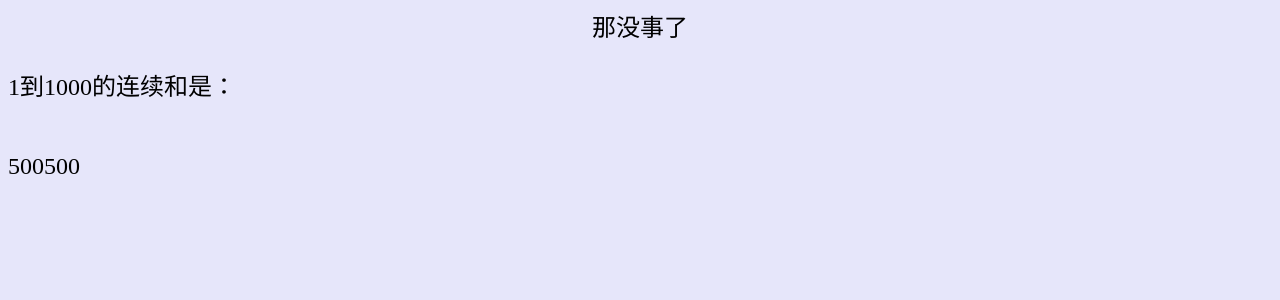
Repository: 871049921/MyCode
Page: http://localhost/Web-Test001/
These files come from the project's save history. The page is drawn as it stood at one moment and after the next save; the edit follows.
The browser window is 1280 px wide. The pictures show the whole page.
The page is served by Tomcat 9.

Above is the page before, as saved 2019-04-25 13:22:44.

### eclipse web-work/Web-Test001/WebContent/index.jsp
<%@ page language="java" contentType="text/html; charset=UTF-8"
	pageEncoding="UTF-8"%>
<%@ page info = "呵呵啊哈111" %>
<!DOCTYPE html>
<html>
<head>
<meta charset="UTF-8">
<title>呵呵啊哈111</title>
</head>
<body BGCOLOR=E6E6FA>
	<font Size=5>
	<center> 那没事了 </center>
	<%
	int sum = 0;
	for(int i = 0; i <= 1000; i ++) {
		sum += i;
	}
	%>
	<p> 1到1000的连续和是：
	</p>
	<BR>
	<%=sum %>
	</font>
</body>
</html>

After the next save:
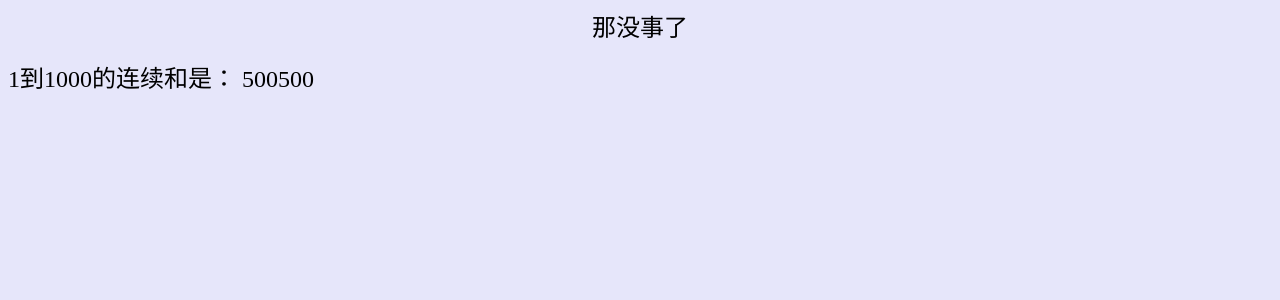
Saved 28 s later.
--- a/eclipse web-work/Web-Test001/WebContent/index.jsp
+++ b/eclipse web-work/Web-Test001/WebContent/index.jsp
@@ -17,8 +17,6 @@
 	}
 	%>
 	<p> 1到1000的连续和是：
-	</p>
-	<BR>
 	<%=sum %>
 	</font>
 </body>
